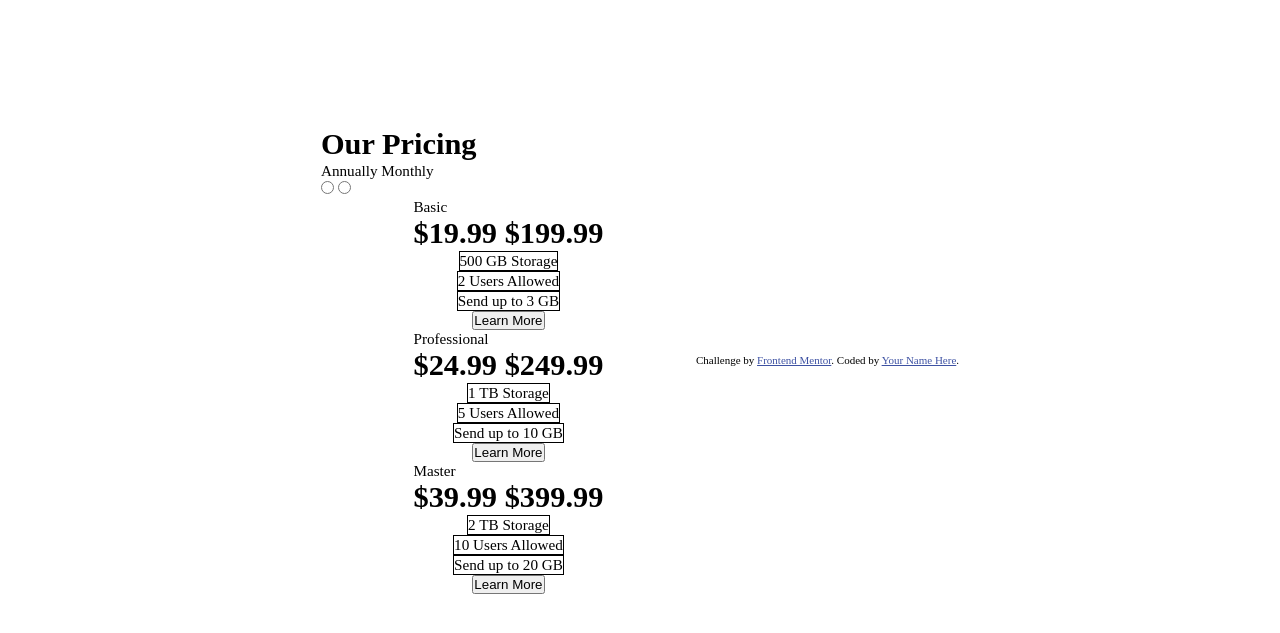
Repository: JuzzJoel/pricing-component-with-toggle-master
Page: index.html
The author's editor kept a copy of each file at every save. The page is drawn from the files as they stood at one save, then again after a run of saves.
The browser window is 1280 px wide. The pictures show the whole page.

Above is the page before, as saved 2025-05-24 08:06:40.

### index.html
<!DOCTYPE html>
<html lang="en">
<head>
  <meta charset="UTF-8">
  <meta name="viewport" content="width=device-width, initial-scale=1.0"> <!-- displays site properly based on user's device -->

  <link rel="icon" type="image/png" sizes="32x32" href="./images/favicon-32x32.png">

  <title>Frontend Mentor | [pricing-component-with-toggle-master]</title>
  <style>
    :root{

--linear-gradient: hsl(236, 72%, 79%) to hsl(237, 63%, 64%);

--clr-pri: hsl(240, 78%, 98%);
--clr-pri-acc: hsl(234, 14%, 74%);
--clr-sec: hsl(233, 13%, 49%);
--clr-sec-acc: hsl(232, 13%, 33%);
    }
*,
*::before,
*::after {
    box-sizing: border-box;
}

* {
    margin: 0;
    padding: 0;
    box-sizing: border-box;
}

    .attribution { font-size: 11px; text-align: center; }
    .attribution a { color: hsl(228, 45%, 44%); }
body{
  font-size: 0.95rem;
width: 100vw;
height: 100vh;
display: flex;
align-items: center;
justify-content: center;
}


.container{
  width: 375px;
  height: auto;

}
  .pricing-header{

  }
  .pricing-header h1{


  }
    .toggle-box{}

     .toggle-container{}

       .pricing{}

     .toggle-slider{

     }
   .body{

   }
   .content{
    display: flex;
    flex-direction: column;
    justify-content: space-evenly;
   }
   .card-container{
    display: flex;
    flex-direction: column;
    align-items: center;
   }
        .card{
          display: flex;
          flex-direction: column;
          align-items: center;
          width: 90%;
          height: 90%;
        }
          .rows-head{
            height: 35%;
          }

          .rows{
            height: 15%;
            border: 1px solid black;
          }
          .rows-button{
            height: 25%;
          }


          @media(min-width:1440px){
            .content{
              flex-direction: row;
              justify-content: space-between;
             }
          }
  </style>
</head>
<body>



  <div class="container">
    <div class="pricing-header">
      <h1>Our Pricing</h1>
      <div class="toggle-box">
        Annually
        Monthly
        <div class="toggle-container">

          <input type="radio" class="pricing" id="price-annnual">
          <label for=""></label>

          <input type="radio" class="pricing" id="price-month">
          <label for=""></label>

          <div class="toggle-slider"></div>
        </div>
      </div>
      <div class="body">
        <div class="content">
          <div class="card-container">
<div class="card">
            <div class="rows-head">Basic
         <h1>   &dollar;19.99
            &dollar;199.99</h1>
          </div>
            <div class="rows">500 GB Storage</div>
            <div class="rows">2 Users Allowed</div>
            <div class="rows">Send up to 3 GB</div>
            <div class="rows-button"><button>Learn More</button></div>
          </div>
          </div>

          <div class="card-container">
            <div class="card">
            <div class="rows-head">Professional
              <h1>  &dollar;24.99
            &dollar;249.99 </h1>
          </div>
            <div class="rows">1 TB Storage</div>
            <div class="rows">5 Users Allowed</div>
            <div class="rows">Send up to 10 GB</div>
            <div class="rows-button"><button>Learn More</button></div>
          </div>
          </div>
          <div class="card-container">
            <div class="card">
            <div class="rows-head">Master
              <h1>   &dollar;39.99
            &dollar;399.99</h1>
          </div>
            <div class="rows">2 TB Storage</div>
            <div class="rows">10 Users Allowed</div>
            <div class="rows">Send up to 20 GB</div>
            <div class="rows-button"><button>Learn More</button></div>
          </div>
          </div>
        </div>
      </div>
    </div>
  </div>

  <div class="attribution">
    Challenge by <a href="https://www.frontendmentor.io?ref=challenge" target="_blank">Frontend Mentor</a>.
    Coded by <a href="#">Your Name Here</a>.
  </div>
</body>
</html>

After the next 3 saves:
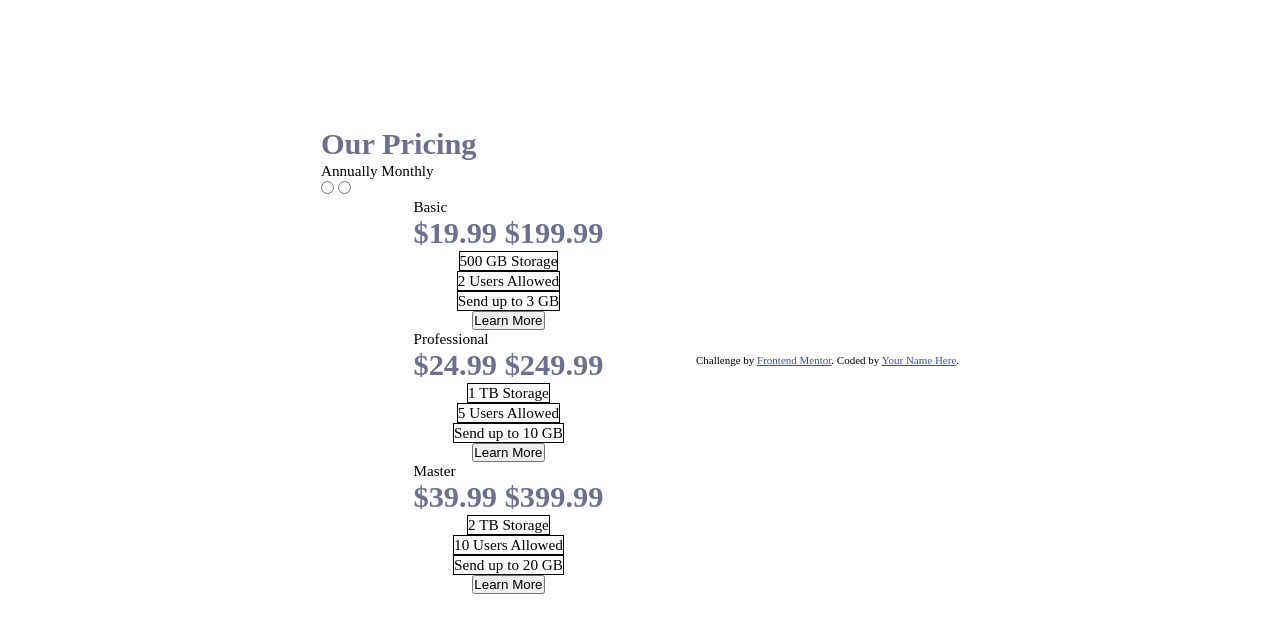
The 3 saves are shown as one change because they came seconds apart.
The last was saved 19 s later.
--- a/index.html
+++ b/index.html
@@ -50,7 +50,7 @@ justify-content: center;
 
   }
   .pricing-header h1{
-
+    color: var(--clr-sec);
 
   }
     .toggle-box{}
